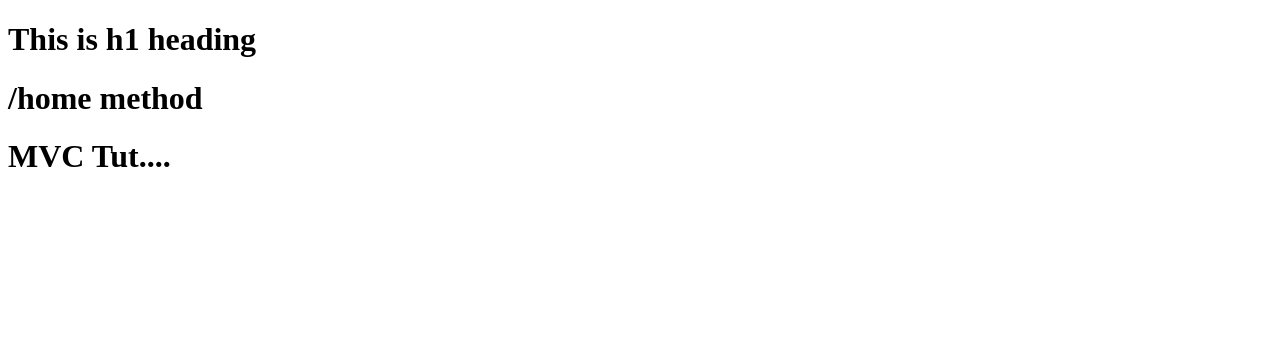
Repository: MarkandaMeher/Spring-Framework
Page: http://localhost/SpringMVC/home
The author's editor kept a copy of each file at every save. The page is drawn from the files as they stood at one save, then again after the next save.
The browser window is 1280 px wide. The pictures show the whole page.
The page is served by Tomcat 9. Other server files are loaded and not shown.

Above is the page before, as saved 2023-02-11 20:23:13.

### SpringMVC/src/main/webapp/WEB-INF/spring-servlet.xml
<?xml version="1.0" encoding="UTF-8"?>
<beans xmlns="http://www.springframework.org/schema/beans"
  xmlns:xsi="http://www.w3.org/2001/XMLSchema-instance"
  xmlns:p="http://www.springframework.org/schema/p"
  xmlns:context="http://www.springframework.org/schema/context"
  xsi:schemaLocation="http://www.springframework.org/schema/beans
  http://www.springframework.org/schema/beans/spring-beans.xsd
  http://www.springframework.org/schema/context
  http://www.springframework.org/schema/context/spring-context.xsd">

  <context:component-scan base-package="com.spring.controller"/>



  <bean class="org.springframework.web.servlet.view.InternalResourceViewResolver" name="viewResolver">
  <property name="prefix" value="WEB-INF/views/"/>
  <property name="suffix" value=".jsp"/>
  </bean>


</beans>

### SpringMVC/src/main/webapp/WEB-INF/views/index.jsp
<%@ page language="java" contentType="text/html; charset=UTF-8"
    pageEncoding="UTF-8"%>
<!DOCTYPE html>
<html>
<head>
<meta charset="UTF-8">
<title>Insert title here</title>
</head>
<body>

<h1>This is h1 heading</h1>
<h1>/home method</h1>
<h1>MVC Tut....</h1>
</body>
</html>

### SpringMVC/src/main/java/com/spring/controller/HomeController.java
package com.spring.controller;

import org.springframework.stereotype.Controller;
import org.springframework.web.bind.annotation.RequestMapping;

@Controller
public class HomeController {

	@RequestMapping("/home")
	public String home() {
		System.out.println("Inside home method!!");
		return "index";
	}

	@RequestMapping("/about")
	public String about() {
	System.out.println("Inside about page");
		return "about";
	}

}

After the next save:
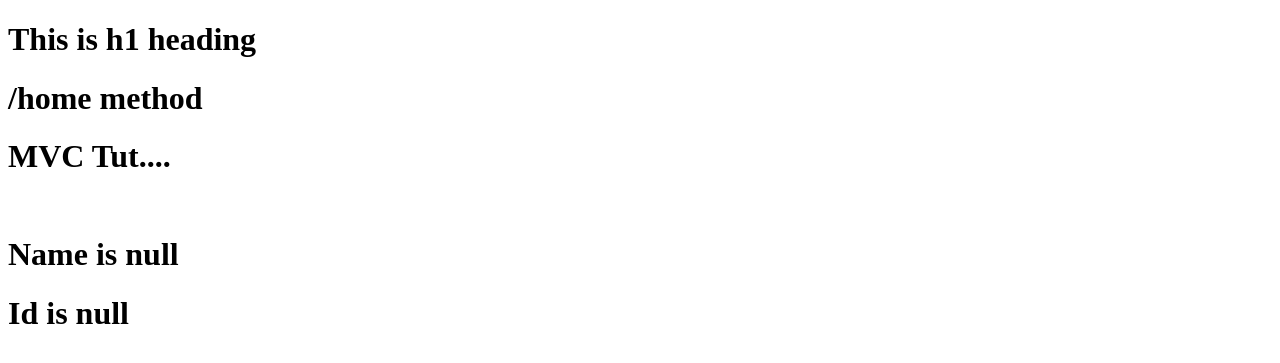
Saved 15 h 30 min later.
--- a/SpringMVC/src/main/webapp/WEB-INF/views/index.jsp
+++ b/SpringMVC/src/main/webapp/WEB-INF/views/index.jsp
@@ -11,5 +11,16 @@
 <h1>This is h1 heading</h1>
 <h1>/home method</h1>
 <h1>MVC Tut....</h1>
+
+<br>
+
+<%
+String s = (String)request.getAttribute("name");
+Integer i = (Integer)request.getAttribute("id");
+%>
+
+<h1> Name is <%=s %></h1>
+<h1>Id is <%=i %></h1>
+
 </body>
 </html>
